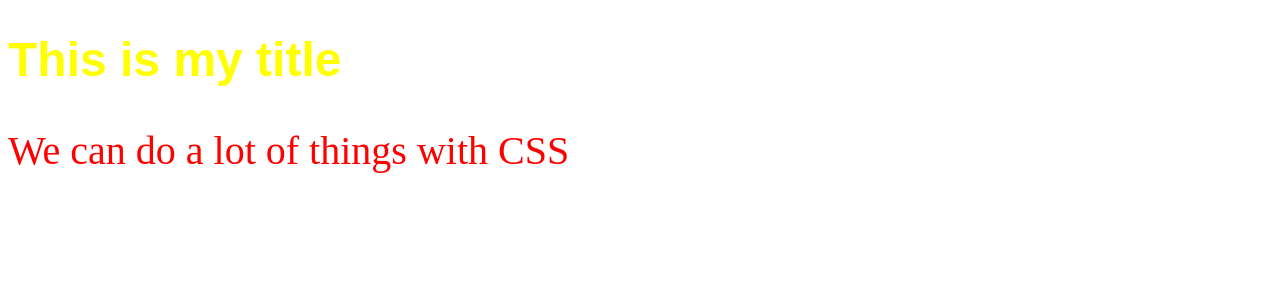
Repository: kchia/nycod14-class-demo
Page: index.html
The author's editor kept a record of every edit. The page is drawn from the files as they stood at one moment, then again after the next edit.
The browser window is 1280 px wide. The pictures show the whole page.

Above is the page before.

After the next edit:
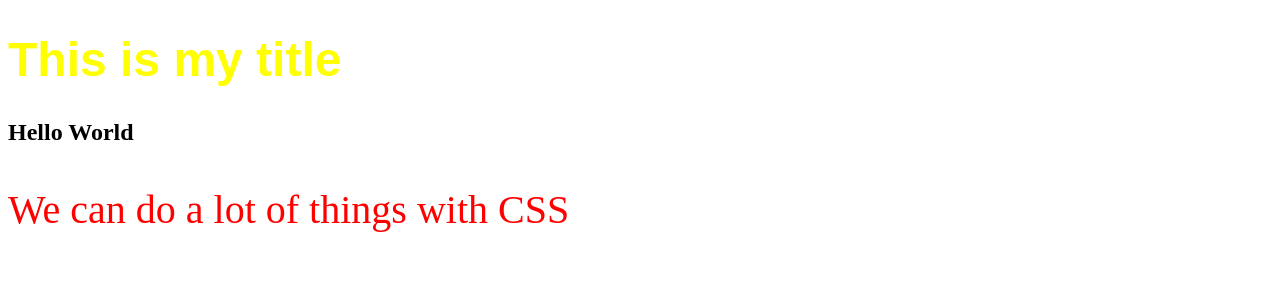
The edit:
--- a/index.html
+++ b/index.html
@@ -18,7 +18,7 @@
     <body>
         <!--inline styling-->
         <h1 class="font-selector" style="color:yellow; font-size:48px">This is my title</h1>
-
+        <h2>Hello World</h2>
         <p class="font-selector" id="paragraph">
           We can do a lot of things with CSS
         </p>
